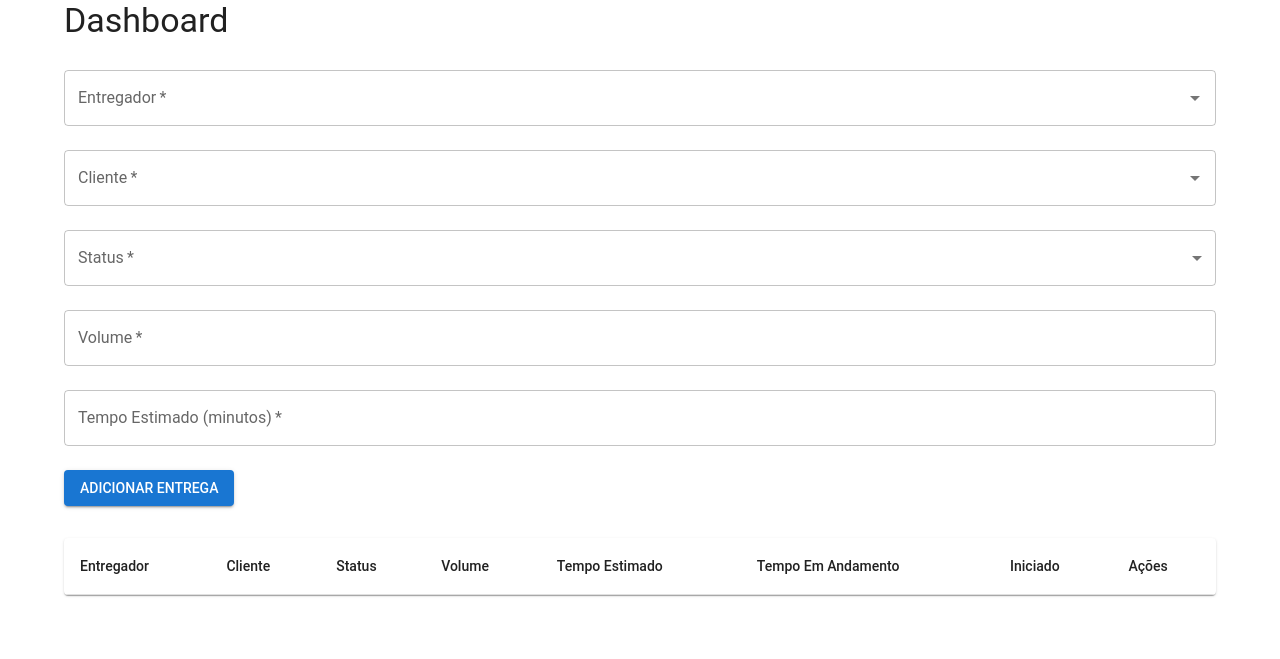
Repository: feliperanon/mobilegestao
Page: /dashboard (app in frontend/)
The author's editor kept a copy of each file at every save. The page is drawn from the files as they stood at one save, then again after the next save.
The browser window is 1280 px wide. The pictures show the whole page.
The page's requests for data from a server got no answer. The project was rebuilt for these pictures with package versions that can differ from the ones it lists, and the page was loaded fresh each time. No one was signed in, and anything a server would have sent is missing. Also part of the build but not shown: frontend/webpack.config.js, frontend/src/pages/Home.js, frontend/src/pages/History.js, frontend/src/pages/Analysis.js, frontend/src/components/Login.js, frontend/src/components/Register.js, frontend/src/components/AddEntregador.js, frontend/src/components/AddCliente.js and 1 more.

Above is the page before, as saved 2024-07-14 18:08:09.

After the next save:
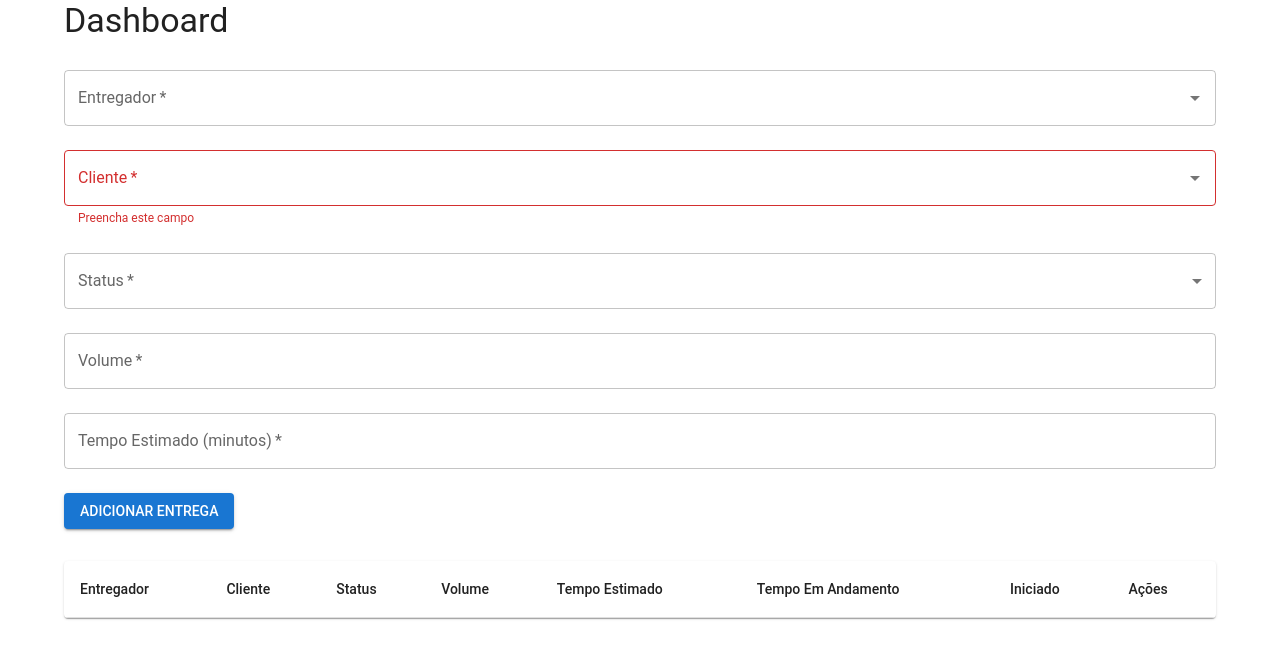
Saved 7 min 40 s later.
--- a/frontend/src/components/Dashboard.js
+++ b/frontend/src/components/Dashboard.js
@@ -23,7 +23,7 @@ import {
   DialogTitle,
   MenuItem,
 } from '@mui/material';
-import { Autocomplete } from '@mui/lab';
+import Autocomplete from '@mui/material/Autocomplete';
 import EditIcon from '@mui/icons-material/Edit';
 import DeleteIcon from '@mui/icons-material/Delete';
 import DoneIcon from '@mui/icons-material/Done';
@@ -45,17 +45,21 @@ const Dashboard = () => {
 
   useEffect(() => {
     const fetchData = async () => {
-      const deliveriesRes = await axios.get('http://localhost:5008/api/deliveries');
-      setDeliveries(deliveriesRes.data);
-
-      const entregadoresRes = await axios.get('http://localhost:5008/api/lists/entregadores');
-      setEntregadores(entregadoresRes.data);
-
-      const clientesRes = await axios.get('http://localhost:5008/api/lists/clientes');
-      setClientes(clientesRes.data);
-
-      const statusRes = await axios.get('http://localhost:5008/api/lists/status');
-      setStatusList(statusRes.data);
+      try {
+        const deliveriesRes = await axios.get('http://localhost:5008/api/deliveries');
+        setDeliveries(deliveriesRes.data);
+
+        const entregadoresRes = await axios.get('http://localhost:5008/api/lists/entregadores');
+        setEntregadores(entregadoresRes.data);
+
+        const clientesRes = await axios.get('http://localhost:5008/api/lists/clientes');
+        setClientes(clientesRes.data);
+
+        const statusRes = await axios.get('http://localhost:5008/api/lists/status');
+        setStatusList(statusRes.data);
+      } catch (error) {
+        console.error('Error fetching data:', error);
+      }
     };
 
     fetchData();
@@ -92,7 +96,7 @@ const Dashboard = () => {
       setVolume('');
       setTempoEstimado('');
     } catch (err) {
-      console.error(err);
+      console.error('Error adding delivery:', err);
     }
   };
 
@@ -105,17 +109,16 @@ const Dashboard = () => {
       const deliveriesRes = await axios.get('http://localhost:5008/api/deliveries');
       setDeliveries(deliveriesRes.data);
     } catch (err) {
-      console.error(err);
+      console.error('Error updating entregador:', err);
     }
   };
 
   const handleFinalizeDelivery = async (id) => {
     try {
       await axios.patch(`http://localhost:5008/api/deliveries/${id}/finalize`);
-      const deliveriesRes = await axios.get('http://localhost:5008/api/deliveries');
-      setDeliveries(deliveriesRes.data);
+      setDeliveries((prevDeliveries) => prevDeliveries.filter((delivery) => delivery._id !== id));
     } catch (err) {
-      console.error(err);
+      console.error('Error finalizing delivery:', err);
     }
   };
 
@@ -124,16 +127,15 @@ const Dashboard = () => {
       await axios.delete(`http://localhost:5008/api/deliveries/${deleteDeliveryId}`);
       setDeleteDialogOpen(false);
       setDeleteDeliveryId(null);
-      const deliveriesRes = await axios.get('http://localhost:5008/api/deliveries');
-      setDeliveries(deliveriesRes.data);
+      setDeliveries((prevDeliveries) => prevDeliveries.filter((delivery) => delivery._id !== deleteDeliveryId));
     } catch (err) {
-      console.error(err);
+      console.error('Error deleting delivery:', err);
     }
   };
 
   const handleOpenEditDialog = (id, currentEntregador) => {
     setEditDeliveryId(id);
-    setEntregador(entregadores.find(ent => ent.nome === currentEntregador));
+    setEntregador(entregadores.find((ent) => ent.nome === currentEntregador));
     setEditDialogOpen(true);
   };
 
@@ -174,7 +176,17 @@ const Dashboard = () => {
           value={selectedClientes}
           onChange={(e, newValue) => setSelectedClientes(newValue)}
           isOptionEqualToValue={(option, value) => option.nome === value.nome}
-          renderInput={(params) => <TextField {...params} label="Cliente" margin="normal" fullWidth required />}
+          renderInput={(params) => (
+            <TextField
+              {...params}
+              label="Cliente"
+              margin="normal"
+              fullWidth
+              required
+              error={selectedClientes.length === 0}
+              helperText={selectedClientes.length === 0 ? 'Preencha este campo' : ''}
+            />
+          )}
         />
         <TextField
           select
